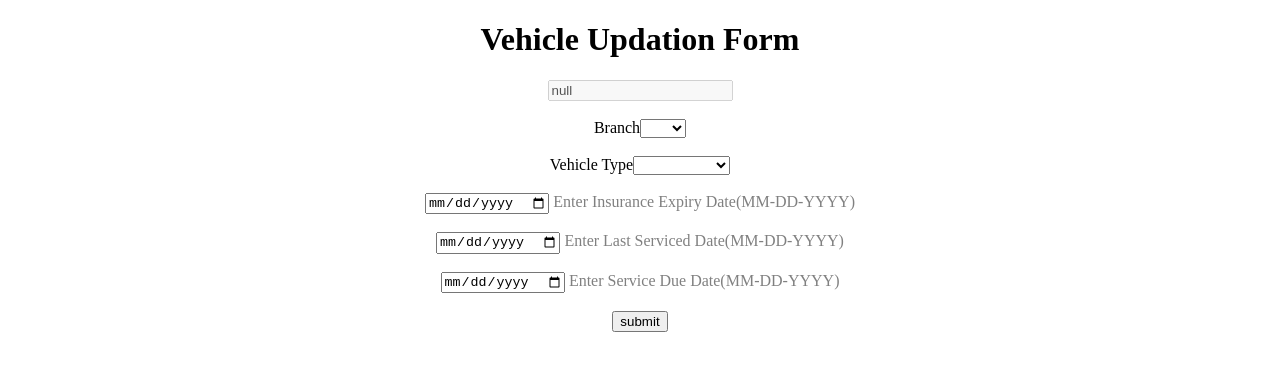
Repository: vaibhavgramni/VehicleSystem
Page: http://localhost/VehicleReservation/backup vehicle/Updateform.jsp
The author's editor kept a copy of each file at every save. The page is drawn from the files as they stood at one save, then again after the next save.
The browser window is 1280 px wide. The pictures show the whole page.
The page is served by Tomcat 9. Other server files are loaded and not shown.

Above is the page before, as saved 2019-05-03 12:42:22.

### VehicleReservation/WebContent/backup vehicle/Updateform.jsp
<%@ page language="java" contentType="text/html; charset=ISO-8859-1"
    pageEncoding="ISO-8859-1"%>
<!DOCTYPE html PUBLIC "-//W3C//DTD HTML 4.01 Transitional//EN" "http://www.w3.org/TR/html4/loose.dtd">
<html>
<head>
<meta http-equiv="Content-Type" content="text/html; charset=ISO-8859-1">
  <title>Vehicle Update form</title>
  <%
	String vehicleno=(String)request.getAttribute("vehicleno");

%>
        <script type="text/javascript" src="updatevalidation.js"></script>
        <link rel='stylesheet' type="text/css" href="#">

</head>
<body>
	                <h1 align="center">Vehicle Updation Form <br></h1>

                <div class="registration">

                    <form align="center" action="UpdateformServlet" onsubmit="return Validate()" method="Post">
                    <%  session.setAttribute("vehicleno",vehicleno);  %>

                    <input type="text" name="vehicleno" id="vehicleno" placeholder="<%=vehicleno%>" value="<%=vehicleno%>" disabled>
                    <br>
                    <br>

					   Branch<select id="userb" onchange="userbranch()">
                    	<option value=""></option>
                    	<option value="A11">A11</option>
                    	<option value="A12">A12</option>
                    	<option value="A13">A13</option>
                    	<option value="A14">A14</option>
                    	<option value="A15">A15</option>
                    </select>
                    <input type="hidden" name="branch" value="" id="branch">

                    <!-- <input type="text" name="branch" id="branch" placeholder="Enter Branch" onblur="branchonblur()" required>
                    <label id="lbranch" style="color:grey; visibility:visible">Alphabetic with max 5 characters</label>
                     -->
                    <br>
                    <br>

                       Vehicle Type<select id="userv" onchange="userVehicle()">
                    	<option value=""></option>
                    	<option value="two wheeler">Two wheeler</option>
                    	<option value="four wheeler">four wheeler</option>
                    </select>
                    <input type="hidden" name="vehicletype" value="" id="vehicletype">


					<!--
                    <input type="text" name="vehicletype" id="vehicletype" placeholder="Enter Vehicle Type" onblur="vehicletypeonblur()" required>
                    <label id="lvehicletype" style="color:grey; visibility:visible">Alphabetic with max 15 characters</label>
                     -->


                    <br>
                    <br>
                    <input type="date" name="insuranceexpirydate" id="insuranceexpirydate" placeholder="MM-DD-YYYY" onblur="insuranceexpirydateonblur()" required>
                    <label id="linsuranceexpirydate" style="color:grey; visibility:visible">Enter Insurance Expiry Date(MM-DD-YYYY)</label>

                    <br>
                    <br>

                    <input type="date" name="lastservicedate" id="lastservicedate" placeholder="MM-DD-YYYY" onblur="lastservicedateonblur()" required>
                    <label id="llastservicedate" style="color:grey; visibility:visible">Enter Last Serviced Date(MM-DD-YYYY)</label>

                   <br>
                   <br>

                   <input type="date" name="serviceduedate" id="serviceduedate" placeholder="MM-DD-YYYY" onblur="serviceduedateonblur()" required>
                   <label id="lserviceduedate" style="color:grey; visibility:visible">Enter Service Due Date(MM-DD-YYYY)</label>

                   <br>
                   <br>
                    <input type="submit" value="submit">
                    </form>

                </div>

</body>
</html>

After the next save:
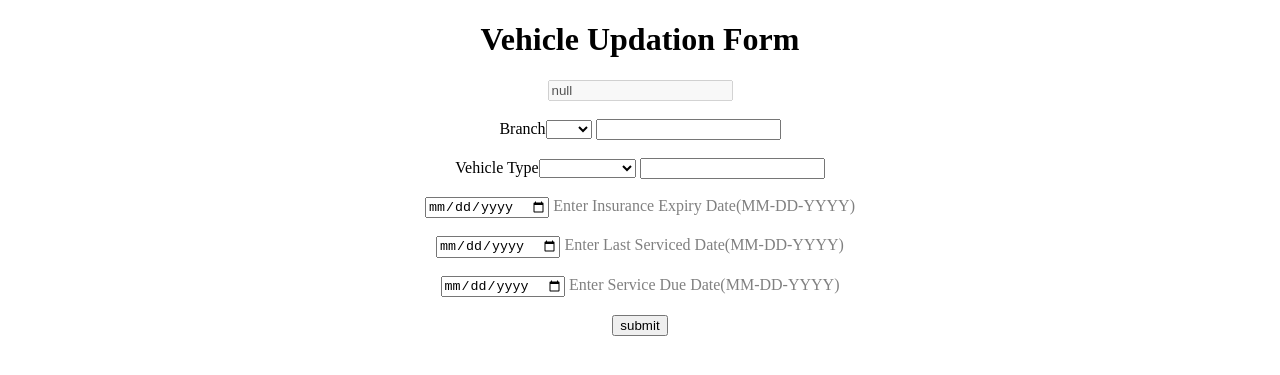
Saved 109 s later.
--- a/VehicleReservation/WebContent/backup vehicle/Updateform.jsp
+++ b/VehicleReservation/WebContent/backup vehicle/Updateform.jsp
@@ -33,7 +33,7 @@
                     	<option value="A14">A14</option>
                     	<option value="A15">A15</option>
                     </select>
-                    <input type="hidden" name="branch" value="" id="branch">
+                    <input type="text" name="branch" value="" id="branch">
 
                     <!-- <input type="text" name="branch" id="branch" placeholder="Enter Branch" onblur="branchonblur()" required>
                     <label id="lbranch" style="color:grey; visibility:visible">Alphabetic with max 5 characters</label>
@@ -46,7 +46,7 @@
                     	<option value="two wheeler">Two wheeler</option>
                     	<option value="four wheeler">four wheeler</option>
                     </select>
-                    <input type="hidden" name="vehicletype" value="" id="vehicletype">
+                    <input type="text" name="vehicletype" value="" id="vehicletype">
 
 
 					<!--
